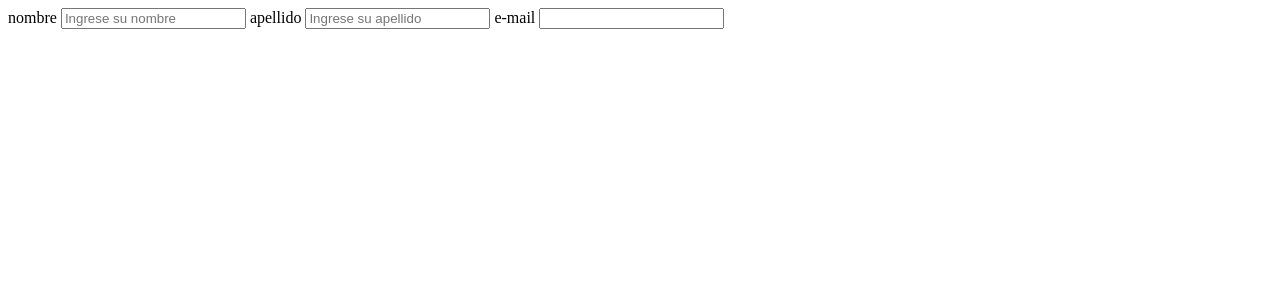
Repository: PabloSebastianPorto/Entrega-CV-1-ARG-PROG
Page: form.html
The author's editor kept a copy of each file at every save. The page is drawn from the files as they stood at one save, then again after the next save.
The browser window is 1280 px wide. The pictures show the whole page.

Above is the page before, as saved 2023-01-06 10:38:24.

After the next save:
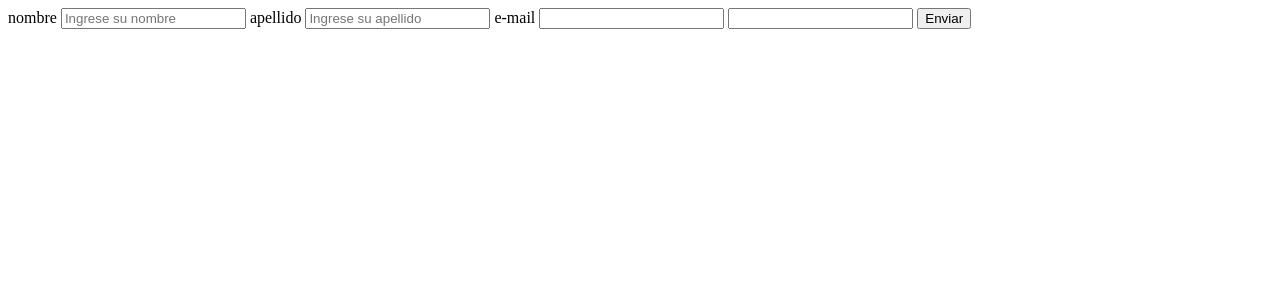
Saved 9 min 44 s later.
--- a/form.html
+++ b/form.html
@@ -9,11 +9,17 @@
   <body>
     <form>
       <label>nombre</label>
-      <input type="Nombre" placeholder="Ingrese su nombre" />
+      <input type="Nombre" name="Nombre" placeholder="Ingrese su nombre" />
       <label>apellido</label>
-      <input type="Apellido" placeholder="Ingrese su apellido" />
+      <input
+        type="Apellido"
+        name="Apellido"
+        placeholder="Ingrese su apellido"
+      />
       <label>e-mail</label>
-      <input type="email" name="" id="" />
+      <input type="email" name="E-mail" id="" />
+      <input type="password" name="Password" id="" />
+      <input type="submit" value="Enviar" />
     </form>
   </body>
 </html>
